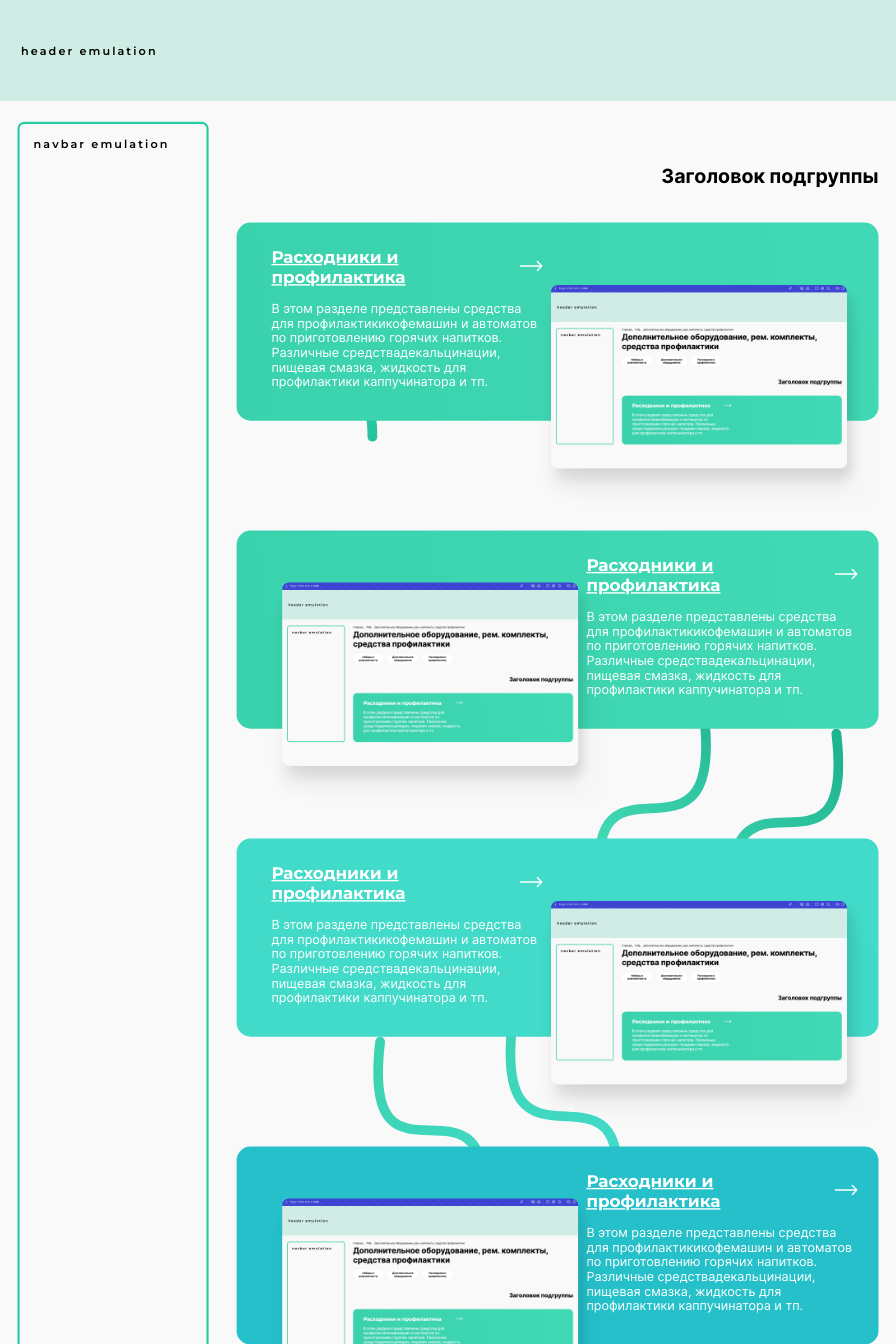
Repository: axonde/venpart-faq-pages
Page: index.html
An editor plug-in stored every save of this project. The page is shown before and after the next save, followed by the edit.
The browser window is 1280 px wide. The pictures show the part of the page from y = 0 to 1920 px (the page is 2635 px tall), at 70% of full size.

Above is the page before, as saved 2024-02-28 20:08:02.

After the next save:
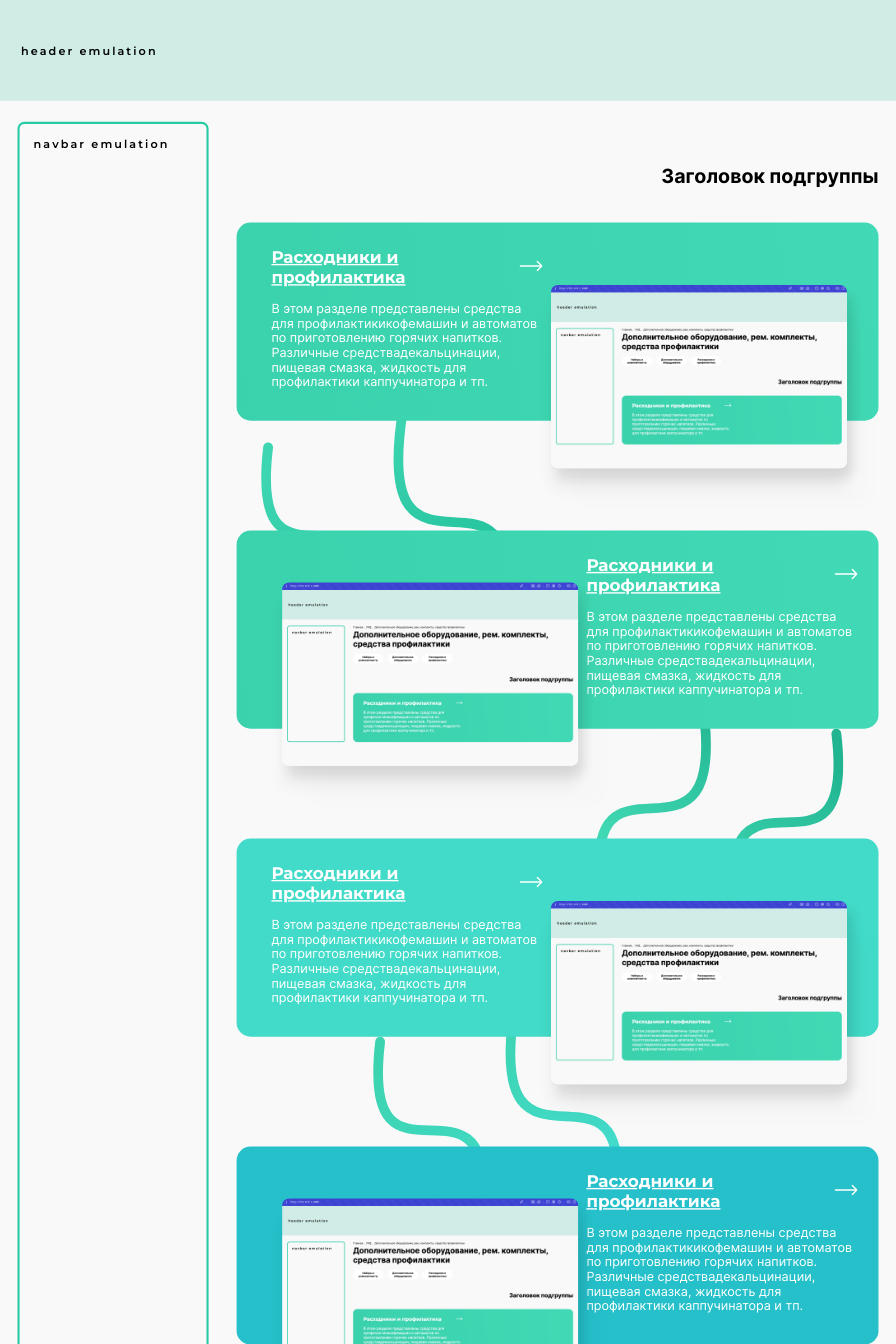
Saved 9 s later.
--- a/style.css
+++ b/style.css
@@ -569,7 +569,7 @@ scrollbar-width: none; /* Firefox */}
 	width: 356px;
 	height: 286px;
 	position: absolute;
-	bottom: -30px;
+	bottom: -260px;
 	left: 35px;
 	z-index: -1;}
 .faq__item:nth-child(2n)::after {
